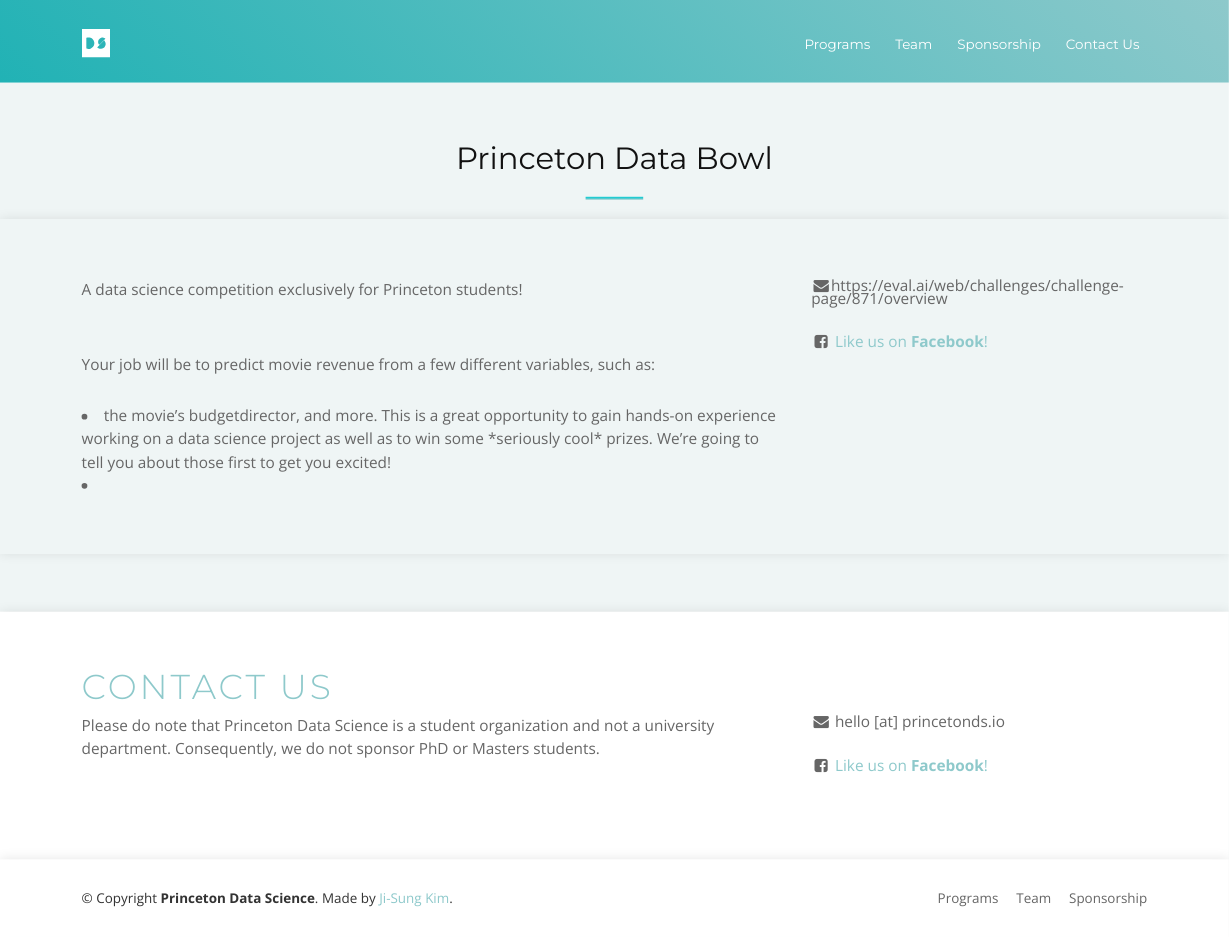
Repository: princetonds/princetonds.github.io
Page: team2.html
An editor plug-in stored every save of this project. The page is shown before and after a run of saves, followed by the edit.
The browser window is 1280 px wide. The pictures show the whole page, at 96% of full size.

Above is the page before, as saved 2021-03-20 03:20:24.
Console error: TypeError: Cannot read properties of null (reading 'innerHTML')

After the next 2 saves:
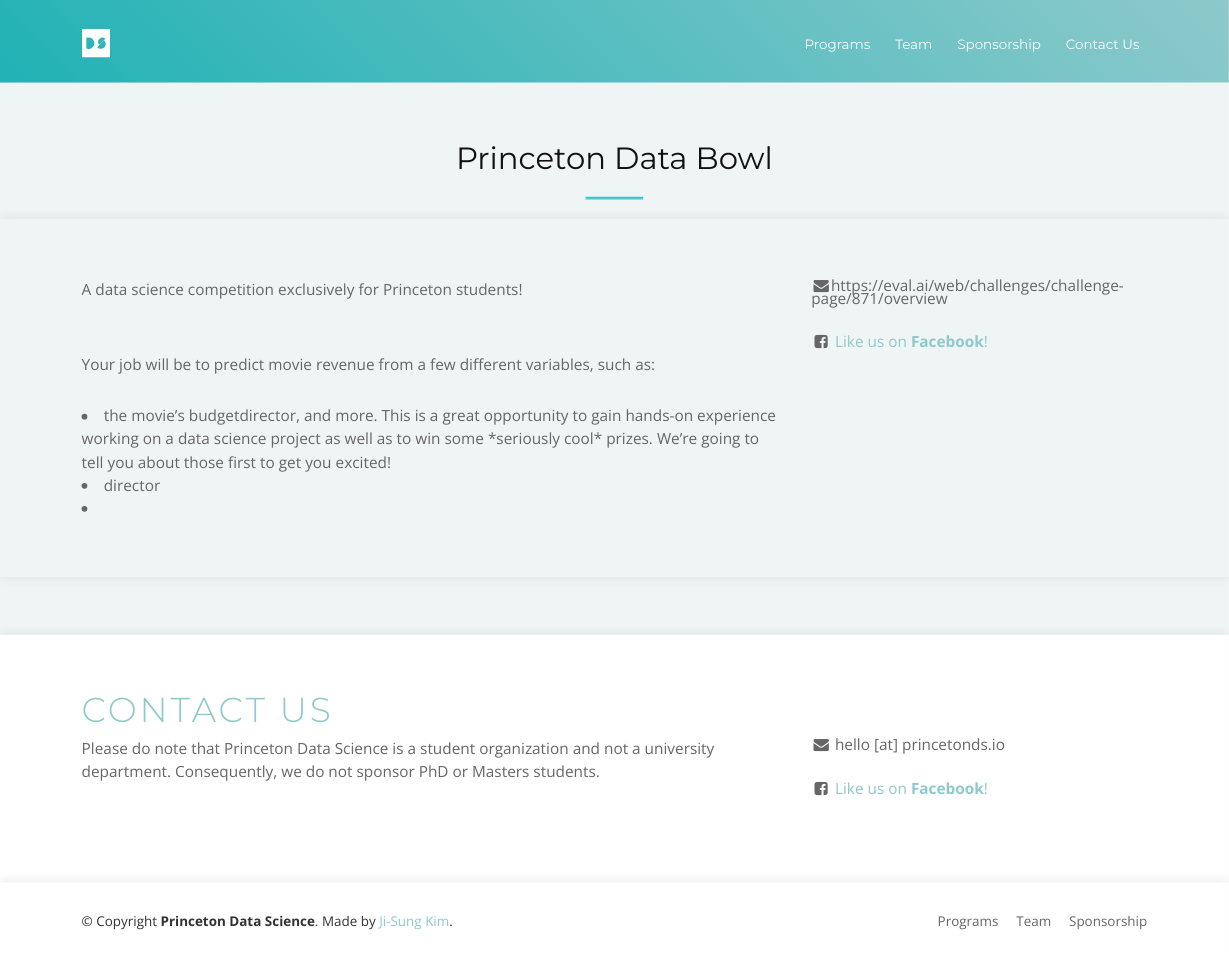
The 2 saves are shown as one change because they came seconds apart.
The last was saved 7 s later.
--- a/team2.html
+++ b/team2.html
@@ -116,7 +116,8 @@
               <li>
                 the movie’s budgetdirector, and more. This is a great opportunity to gain hands-on experience working on a data science project as well as to win some *seriously cool* prizes. We’re going to tell you about those first to get you excited!
               </li>
-              <li> </li>
+              <li> director </li>
+              <li></li>
           </div>
           <div class="col-lg-4 col-md-6 links">
             <p><i class="fa fa-envelope fa-fw"></i>https://eval.ai/web/challenges/challenge-page/871/overview</p>
